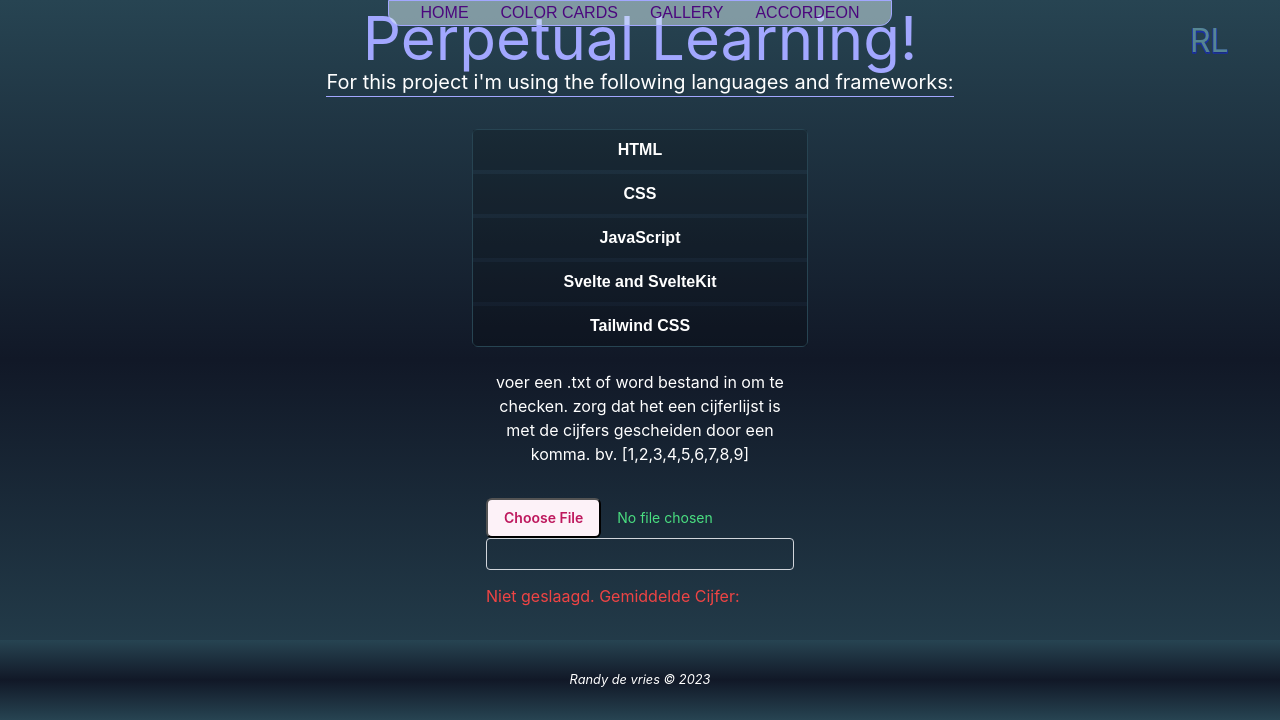
Repository: Freezler/svelte-app
Page: /links
The author's editor kept a copy of each file at every save. The page is drawn from the files as they stood at one save, then again after the next save.
The browser window is 1280 px wide. The pictures show the whole page.
The project was rebuilt for these pictures with package versions that can differ from the ones it lists, and the page was loaded fresh each time. The framework's server and built-in components were replaced by stand-ins that run in the browser. Also part of the build but not shown: svelte.config.js, vite.config.js.

Above is the page before, as saved 2023-11-12 12:15:38.

After the next save:
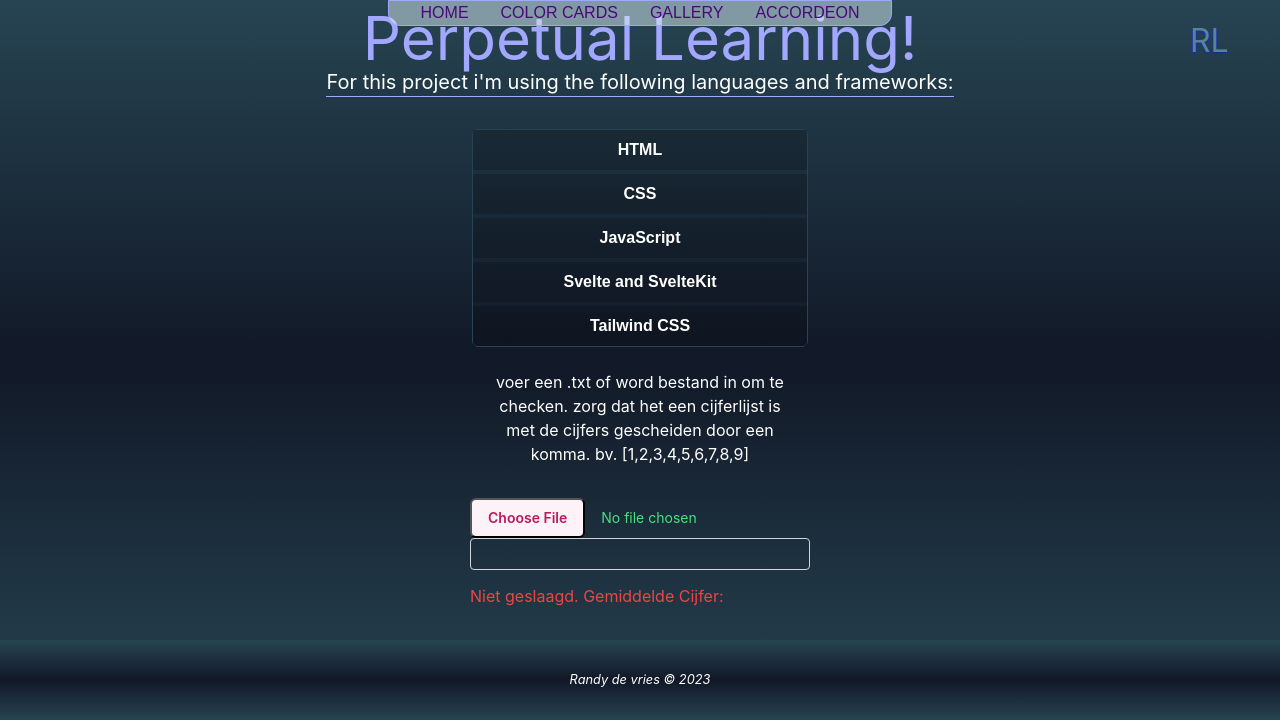
Saved 25 s later.
--- a/src/components/CijferlijstInput.svelte
+++ b/src/components/CijferlijstInput.svelte
@@ -49,7 +49,7 @@
 	  on:change={handleFileInput}
 	  class="valid:text-green-400 invalid:text-red-500 block w-full text-sm text-slate-500 file:mr-4 file:py-2 file:px-4 file:rounded-md file:border-1 file:text-sm file:font-semibold file:bg-pink-50 file:text-pink-700 hover:file:bg-pink-100"
 	/>
-	<textarea bind:value={fileContent} class="text-white h-[2rem] focus:outline-none resize-none w-full min-w-[fit-content] bg-transparent border-[1px] select-none border-gray-300 rounded p-2"></textarea>
+	<textarea bind:value={fileContent} class="text-white h-[2rem] focus:outline-none resize-none w-full min-w-[340px] bg-transparent border-[1px] select-none border-gray-300 rounded p-2"></textarea>
 
 	{#if isSuccess}
 	  <h3 class="text-green-500 mt-2 mx-auto px-3 py-1">Van harte gefeliciteerd, je bent geslaagd! Gemiddelde Cijfer: {gemiddeldeCijfer}</h3>

After the 4 saves that followed:
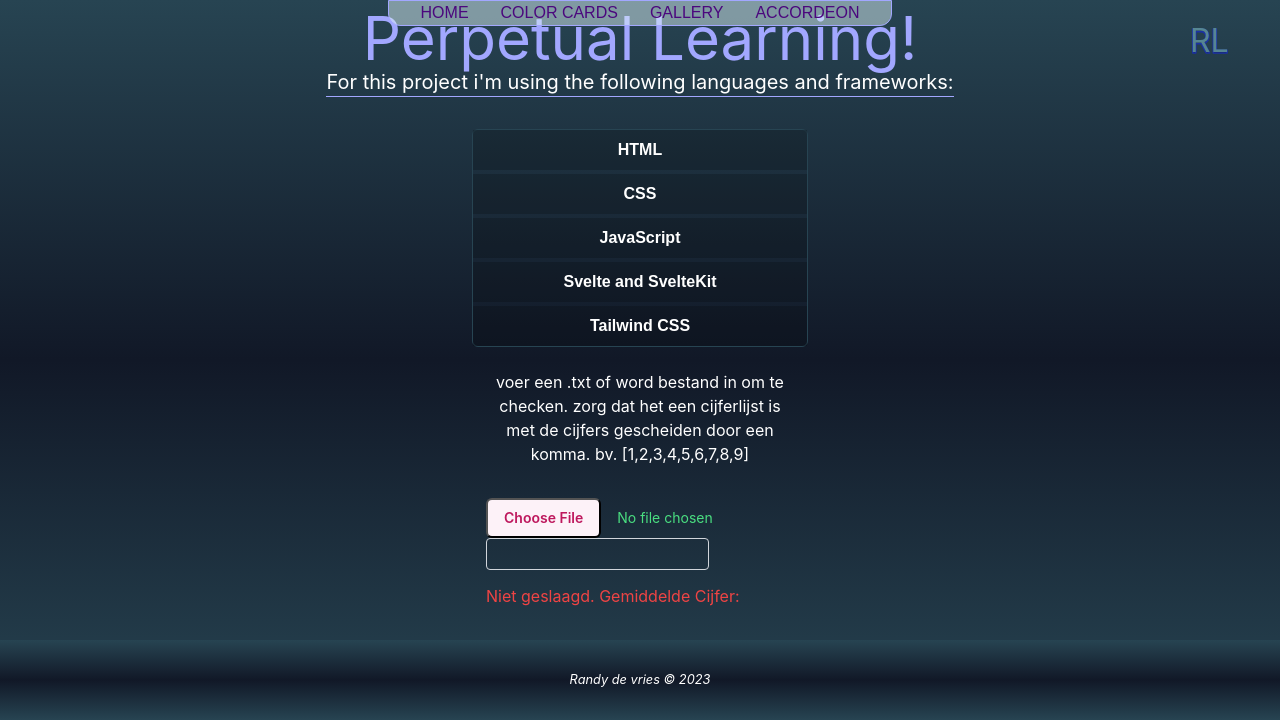
The 4 saves are shown as one change because 1 left the picture as it was and some came seconds apart.
The last was saved 36 s later.
--- a/src/components/CijferlijstInput.svelte
+++ b/src/components/CijferlijstInput.svelte
@@ -49,7 +49,7 @@
 	  on:change={handleFileInput}
 	  class="valid:text-green-400 invalid:text-red-500 block w-full text-sm text-slate-500 file:mr-4 file:py-2 file:px-4 file:rounded-md file:border-1 file:text-sm file:font-semibold file:bg-pink-50 file:text-pink-700 hover:file:bg-pink-100"
 	/>
-	<textarea bind:value={fileContent} class="text-white h-[2rem] focus:outline-none resize-none w-full min-w-[340px] bg-transparent border-[1px] select-none border-gray-300 rounded p-2"></textarea>
+	<textarea bind:value={fileContent} class="text-white h-[2rem] focus:outline-none resize-none w-[content] min-w-[content] bg-transparent border-[1px] select-none border-gray-300 rounded p-2"></textarea>
 
 	{#if isSuccess}
 	  <h3 class="text-green-500 mt-2 mx-auto px-3 py-1">Van harte gefeliciteerd, je bent geslaagd! Gemiddelde Cijfer: {gemiddeldeCijfer}</h3>
